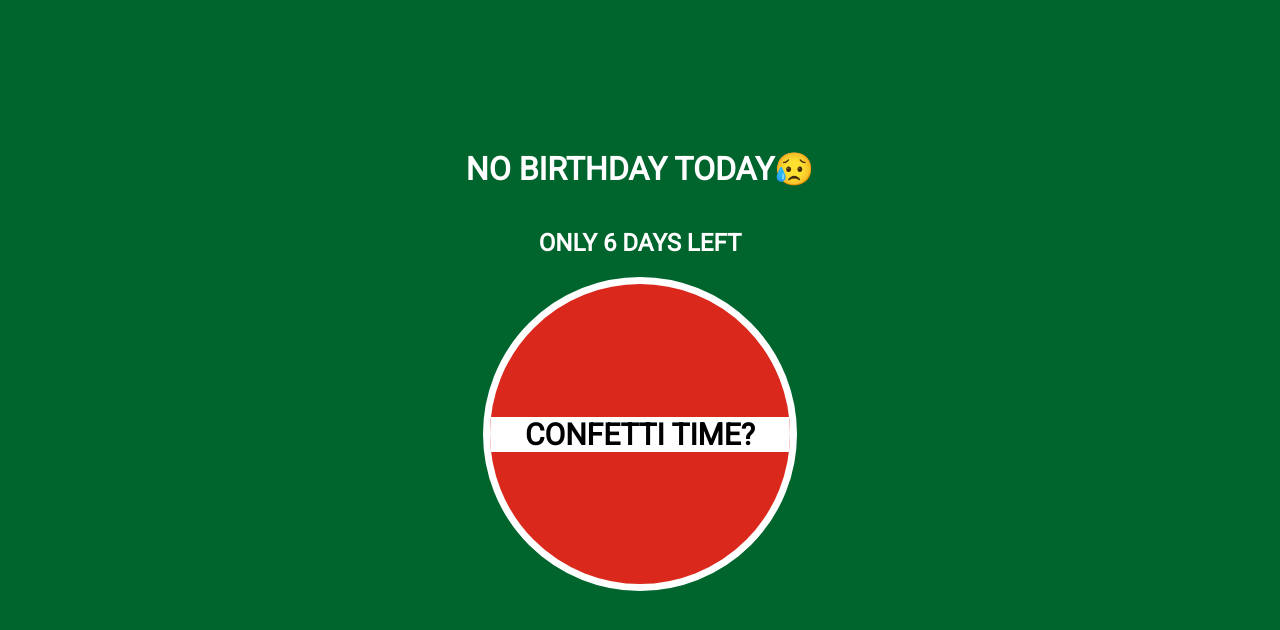
Repository: David-Waite/HannahsBirthdayWebsite
Page: /
The author's editor kept a copy of each file at every save. The page is drawn from the files as they stood at one save, then again after the next save.
The browser window is 1280 px wide. The pictures show the whole page.
The project was rebuilt for these pictures with package versions that can differ from the ones it lists, and the page was loaded fresh each time.

Above is the page before, as saved 2023-03-30 18:54:52.

After the next save:
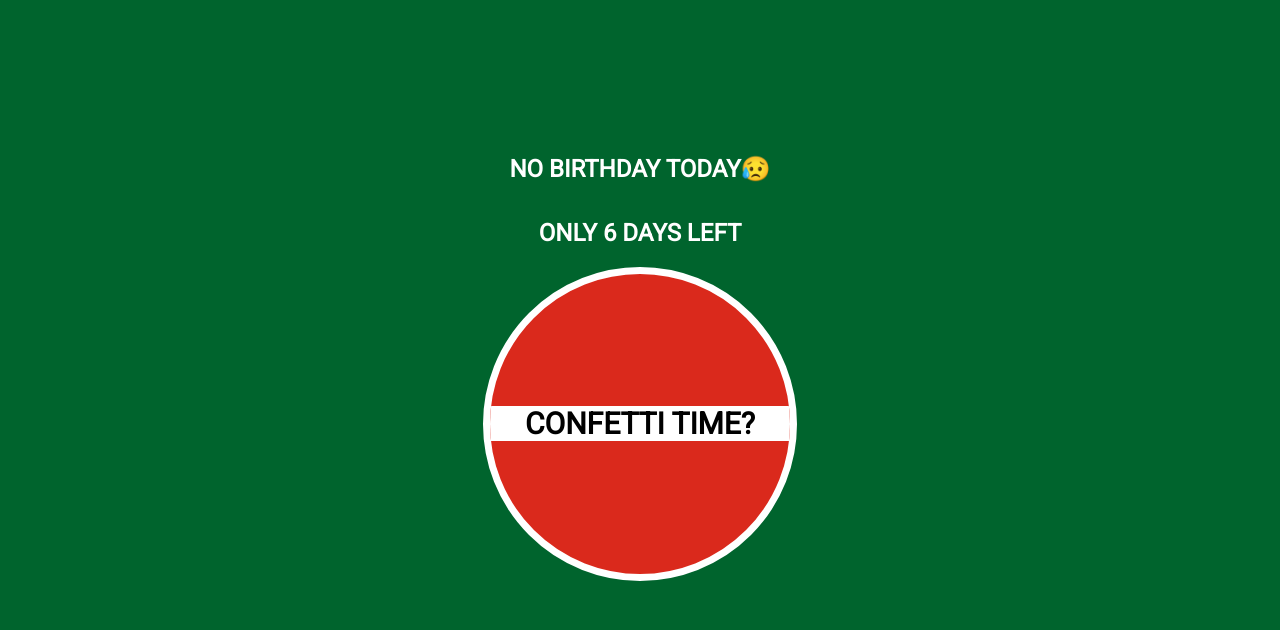
Saved 15 h 28 min later.
--- a/src/index.css
+++ b/src/index.css
@@ -16,6 +16,9 @@ body {
   color: white;
 }
 
+h1 {
+  font-size: 24px;
+}
 .buttonCon {
   display: flex;
   align-items: center;
